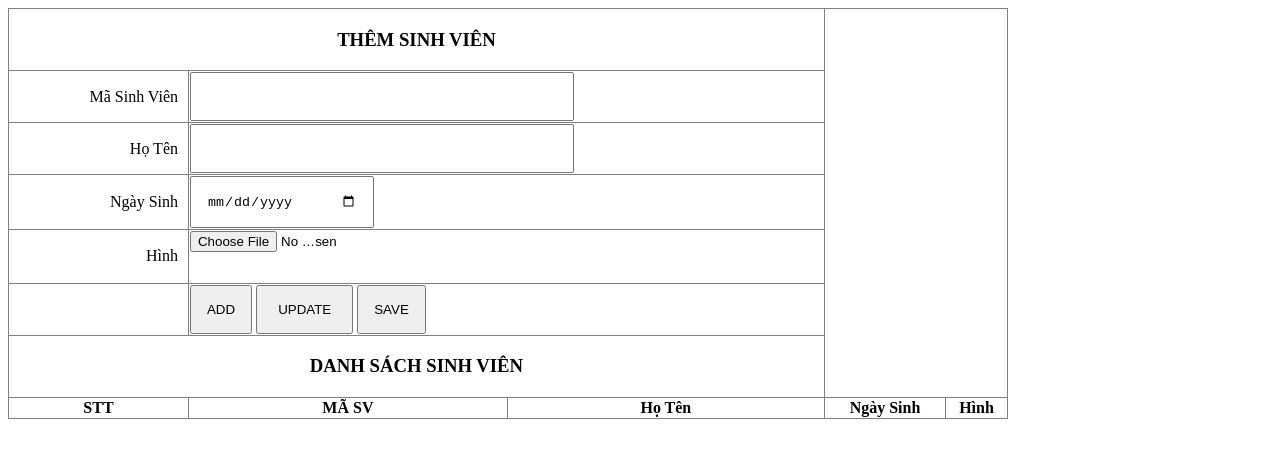
Repository: Tan-Khang21/TH_TKW--Buoi_04
Page: Bai_Tap_Mau/Bai_04/Bai_04.html
These files come from the project's save history. The page is drawn as it stood at one moment and after the next save; the edit follows.
The browser window is 1280 px wide. The pictures show the whole page.

Above is the page before, as saved 2024-03-06 10:04:12.

### Bai_Tap_Mau/Bai_04/Bai_04.html
<!DOCTYPE html>
<html lang="en">
<head>
    <meta charset="UTF-8">
    <meta name="viewport" content="width=device-width, initial-scale=1.0">
    <title>Document</title>
</head>
<body>
    <table border="1px" style="width: 1000px; border-collapse: collapse;">
        <tr>
            <th colspan="3" ><h3>THÊM SINH VIÊN</h3></th>
        </tr>
        <tr>
            <td align="right" style="padding: 10px;">Mã Sinh Viên</td>
            <td colspan="2"> <input type="text" style="width:350px; padding: 15px;"></td>
        </tr>
        <tr>
            <td align="right" style="padding: 10px;">Họ Tên</td>
            <td colspan="2"> <input type="text" style="width:350px; padding: 15px;"></td>
        </tr>
        <tr>
            <td align="right" style="padding: 10px;">Ngày Sinh</td>
            <td colspan="2"> <input type="date" style="width:150px; padding: 15px;"></td>
        </tr>
        <tr>
            <td align="right" style="padding: 10px;">Hình</td>
            <td colspan="2"> <input type="file" style="width:150px; padding-bottom: 30px; "></td>
        </tr>
        <tr>
            <td align="right" style="padding: 10px;"></td>
            <td colspan="2"> <input type="button" value="ADD" style=" padding: 15px;">
            <input type="button" value="UPDATE" style=" padding: 15px 20px;">
            <input type="button" value="SAVE" style=" padding: 15px;"></td>
        </tr>
        <tr>
            <th colspan="3" ><h3 style="text-transform: uppercase;">Danh Sách Sinh Viên</h3></th>
        </tr>
        <tr>
            <th>STT</th>
            <th>MÃ SV</th>
            <th>Họ Tên</th>
            <th>Ngày Sinh</th>
            <th>Hình</th>
        </tr>
    </table>
</body>
</html>

After the next save:
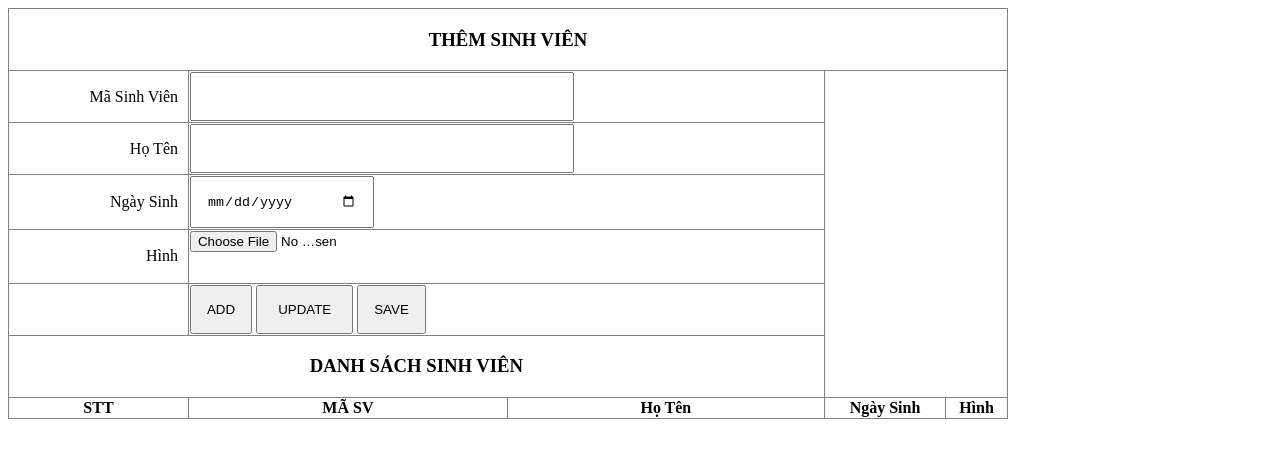
Saved 9 s later.
--- a/Bai_Tap_Mau/Bai_04/Bai_04.html
+++ b/Bai_Tap_Mau/Bai_04/Bai_04.html
@@ -8,7 +8,7 @@
 <body>
     <table border="1px" style="width: 1000px; border-collapse: collapse;">
         <tr>
-            <th colspan="3" ><h3>THÊM SINH VIÊN</h3></th>
+            <th colspan="5" ><h3>THÊM SINH VIÊN</h3></th>
         </tr>
         <tr>
             <td align="right" style="padding: 10px;">Mã Sinh Viên</td>

After the save that followed:
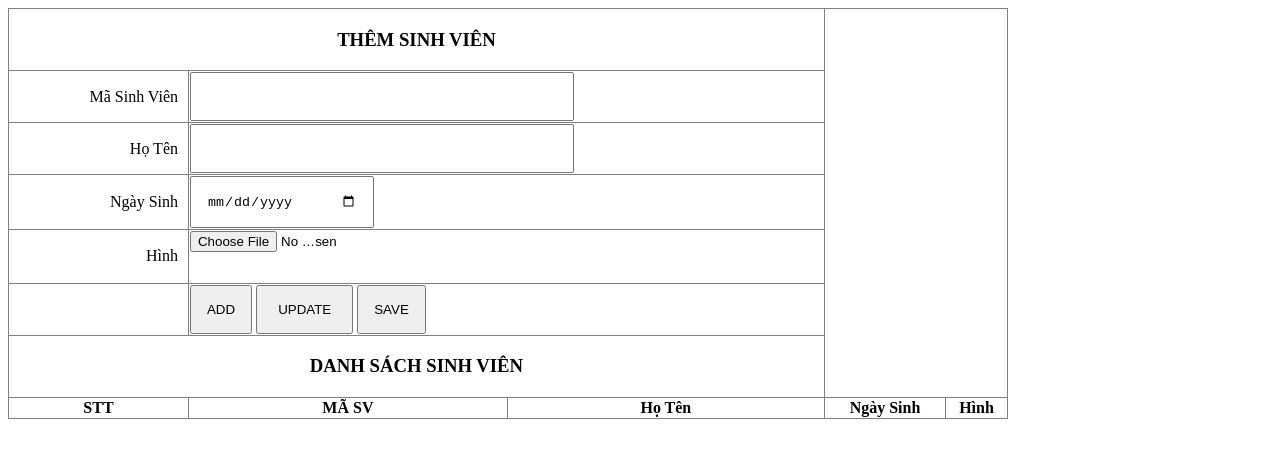
Saved 28 s later.
--- a/Bai_Tap_Mau/Bai_04/Bai_04.html
+++ b/Bai_Tap_Mau/Bai_04/Bai_04.html
@@ -8,7 +8,7 @@
 <body>
     <table border="1px" style="width: 1000px; border-collapse: collapse;">
         <tr>
-            <th colspan="5" ><h3>THÊM SINH VIÊN</h3></th>
+            <th colspan="3" ><h3>THÊM SINH VIÊN</h3></th>
         </tr>
         <tr>
             <td align="right" style="padding: 10px;">Mã Sinh Viên</td>
